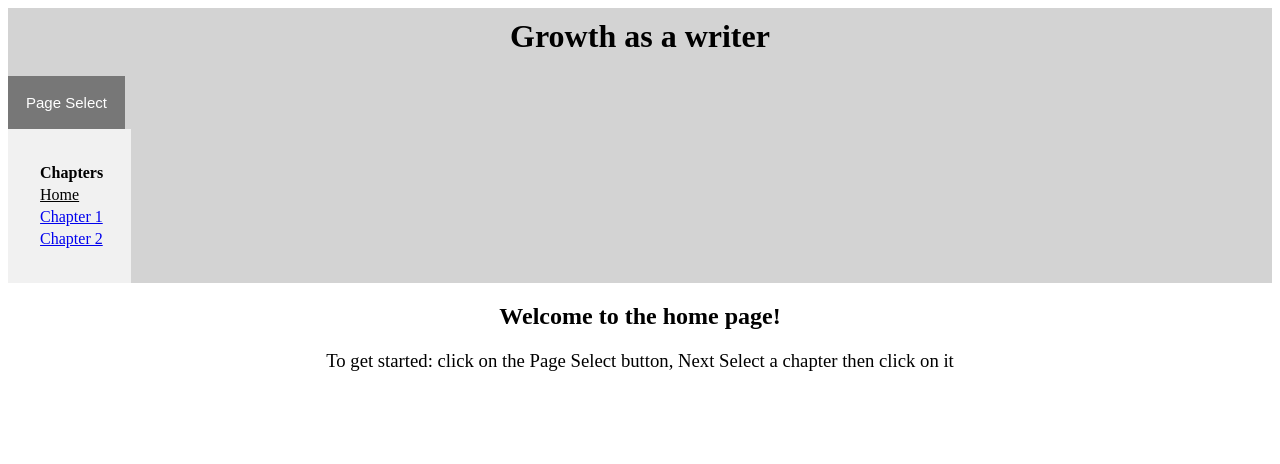
Repository: jpaisiem/WP-4
Page: index.html
These files come from the project's save history. The page is drawn as it stood at one moment and after a run of saves; the edit follows.
The browser window is 1280 px wide. The pictures show the whole page.

Above is the page before, as saved 2025-04-29 12:52:33.
Console error: TypeError: Cannot read properties of undefined (reading 'toggle')

After the next 2 saves:
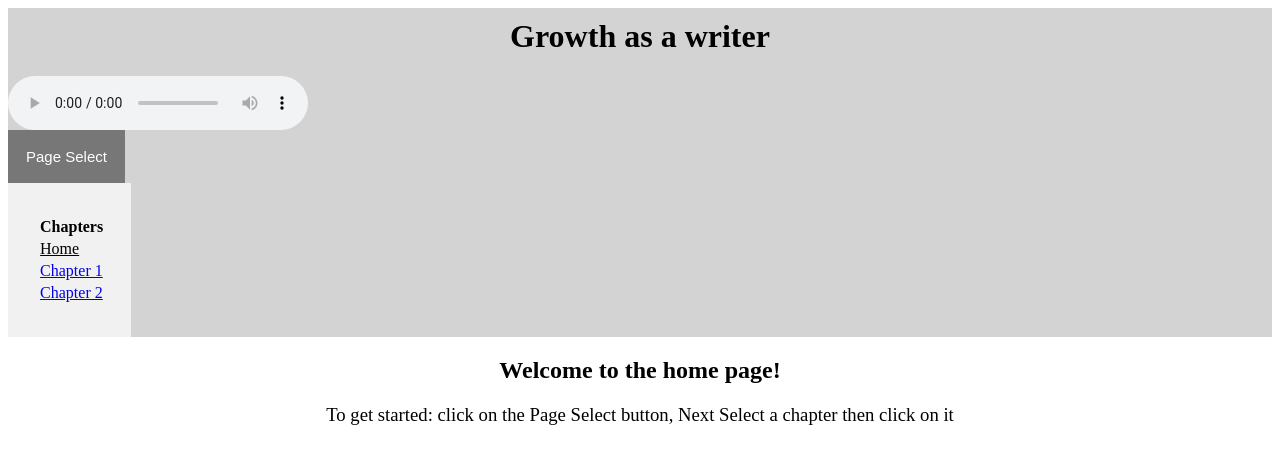
The 2 saves are shown as one change because they came seconds apart.
The last was saved 24 s later.
--- a/index.html
+++ b/index.html
@@ -35,8 +35,8 @@
 <body>
     <div style="background-color: lightgray; display: flex; flex-direction: column; margin-top: 0%;">
         <h1 style="text-align: center; background-color: lightgray; padding-top: 10px; margin-top: 0%;">Growth as a writer</h1>
-        <audio>
-            <source src="audio.mp3" type="audio/mpeg" controls>
+        <audio controls>
+            <source src="audio.mp3" type="audio/mpeg">
         </audio>
 <button type="button" class="collapsible">Page Select</button>
 <div class="content">
